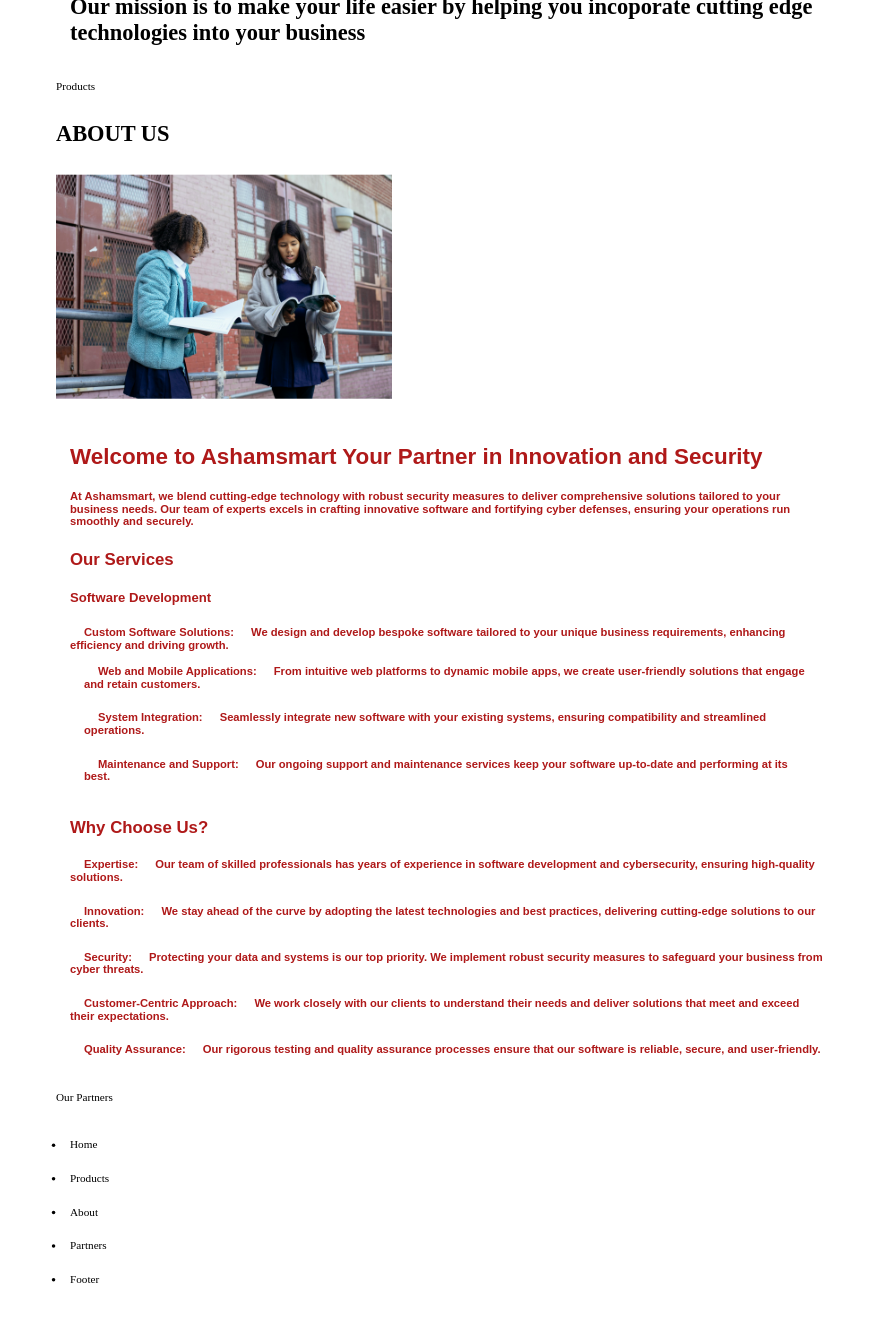
Repository: Alphosmart/firstassignment
Page: /
An editor plug-in stored every save of this project. The page is shown before and after the next save, followed by the edit.
The browser window is 1280 px wide. The pictures show the part of the page from y = 851 to 2771 px (the page is 2788 px tall before and 2922 px after), at 70% of full size.
The project was rebuilt for these pictures with package versions that can differ from the ones it lists, and the page was loaded fresh each time. Also part of the build but not shown: vite.config.js.

Above is the page before, as saved 2024-08-13 15:50:13.

### src/App.jsx
// import React from 'react'

import Navigation from './components/Navigation/Navigation';
import Products from './components/Products/Products';
import About from './components/About/About';
import Partners from './components/Partners/Partners';
import Footer from './components/Footer/Footer';
import HeroSection from './components/Herosection/HeroSection';

const App = () => {
  return (
    <>
      <Navigation />
      <HeroSection />
      <Products />
      <About />
      <Partners />
      <Footer />
    </>
  );
};

export default App;

### src/index.css
* {
  margin: 10px;
  padding: 10px;
  box-sizing: border-box;
  background-color: white;
}

.navbar {
  display: flex;
  justify-content: space-between;
  align-items: center;
  background-color: #333;
  /* padding: 10px 20px; */
}

/* Logo Styling */
.logo {
  color: white;
  font-size: 24px;
  font-weight: bold;
}

.about {
  margin: 10px;
  padding: 10px;
  color: rgb(175, 25, 25);
  font-family: Arial, Helvetica, sans-serif;
  font-size: 24;
  font-weight: bold;
}

### src/components/Navigation/Navigation.jsx
// import React from 'react'

const Navigation = () => {
  return (
    <>
      <ul className="navbar">
        <li>Home</li>
        <li>Products</li>
        <li>About</li>
        <li>Partners</li>
        <li>Footer</li>
      </ul>
    </>
  );
};

export default Navigation;

### src/components/Products/Products.jsx
// import React from 'react'

const Products = () => {
  return <div>Products</div>;
};

export default Products;

### src/components/About/About.jsx
// import React from 'react';

const About = () => {
  return (
    <>
      <h1
        style={{
          display: 'flex',
          alignItems: 'center',
          marginTop: '20px',
          padding: '10px',
        }}
      >
        ABOUT US
      </h1>

      <img
        src="/public/Image/pexels-mary-taylor-5896578.jpg"
        alt=""
        width={500}
      />
      <div className="about">
        <h1>Welcome to Ashamsmart Your Partner in Innovation and Security</h1>
        <p>
          At Ashamsmart, we blend cutting-edge technology with robust security
          measures to deliver comprehensive solutions tailored to your business
          needs. Our team of experts excels in crafting innovative software and
          fortifying cyber defenses, ensuring your operations run smoothly and
          securely.
        </p>

        <h2>Our Services</h2>
        <h3>Software Development</h3>
        <p>
          <b>Custom Software Solutions: </b>We design and develop bespoke
          software tailored to your unique business requirements, enhancing
          efficiency and driving growth.
          <p>
            <b>Web and Mobile Applications:</b> From intuitive web platforms to
            dynamic mobile apps, we create user-friendly solutions that engage
            and retain customers.
          </p>
          <p>
            <b>System Integration:</b> Seamlessly integrate new software with
            your existing systems, ensuring compatibility and streamlined
            operations.
          </p>
          <p>
            <b>Maintenance and Support:</b> Our ongoing support and maintenance
            services keep your software up-to-date and performing at its best.
          </p>
        </p>

        <h2>Why Choose Us?</h2>
        <p>
          <b>Expertise:</b> Our team of skilled professionals has years of
          experience in software development and cybersecurity, ensuring
          high-quality solutions.
        </p>
        <p>
          <b>Innovation:</b> We stay ahead of the curve by adopting the latest
          technologies and best practices, delivering cutting-edge solutions to
          our clients.
        </p>
        <p>
          <b>Security:</b> Protecting your data and systems is our top priority.
          We implement robust security measures to safeguard your business from
          cyber threats.
        </p>
        <p>
          <b>Customer-Centric Approach:</b> We work closely with our clients to
          understand their needs and deliver solutions that meet and exceed
          their expectations.
        </p>
        <p>
          <b>Quality Assurance:</b> Our rigorous testing and quality assurance
          processes ensure that our software is reliable, secure, and
          user-friendly.
        </p>
      </div>
    </>
  );
};

export default About;

### src/components/Partners/Partners.jsx
// import React from 'react';

const Partners = () => {
  return (
    <>
      <div>Our Partners</div>
    </>
  );
};

export default Partners;

### src/components/Footer/Footer.jsx
// import React from 'react'

const Footer = () => {
  return (
    <>
      <ul>
        <li>Home</li>
        <li>Products</li>
        <li>About</li>
        <li>Partners</li>
        <li>Footer</li>
      </ul>
    </>
  );
};

export default Footer;

### src/components/Herosection/HeroSection.jsx
// import React from 'react'

const HeroSection = () => {
  return (
    <>
      <div className="hero-page">
        <h1>Welcome to Ashamsmart Dynamic Concepts</h1>
        <img src="/public/Image/Plain Rgb.png" alt="" width={500} />
        <h1>
          Our mission is to make your life easier by helping you incoporate
          cutting edge technologies into your business
        </h1>
      </div>
    </>
  );
};

export default HeroSection;

Loaded but not shown: index.html (common file); src/main.jsx (common file)

After the next save:
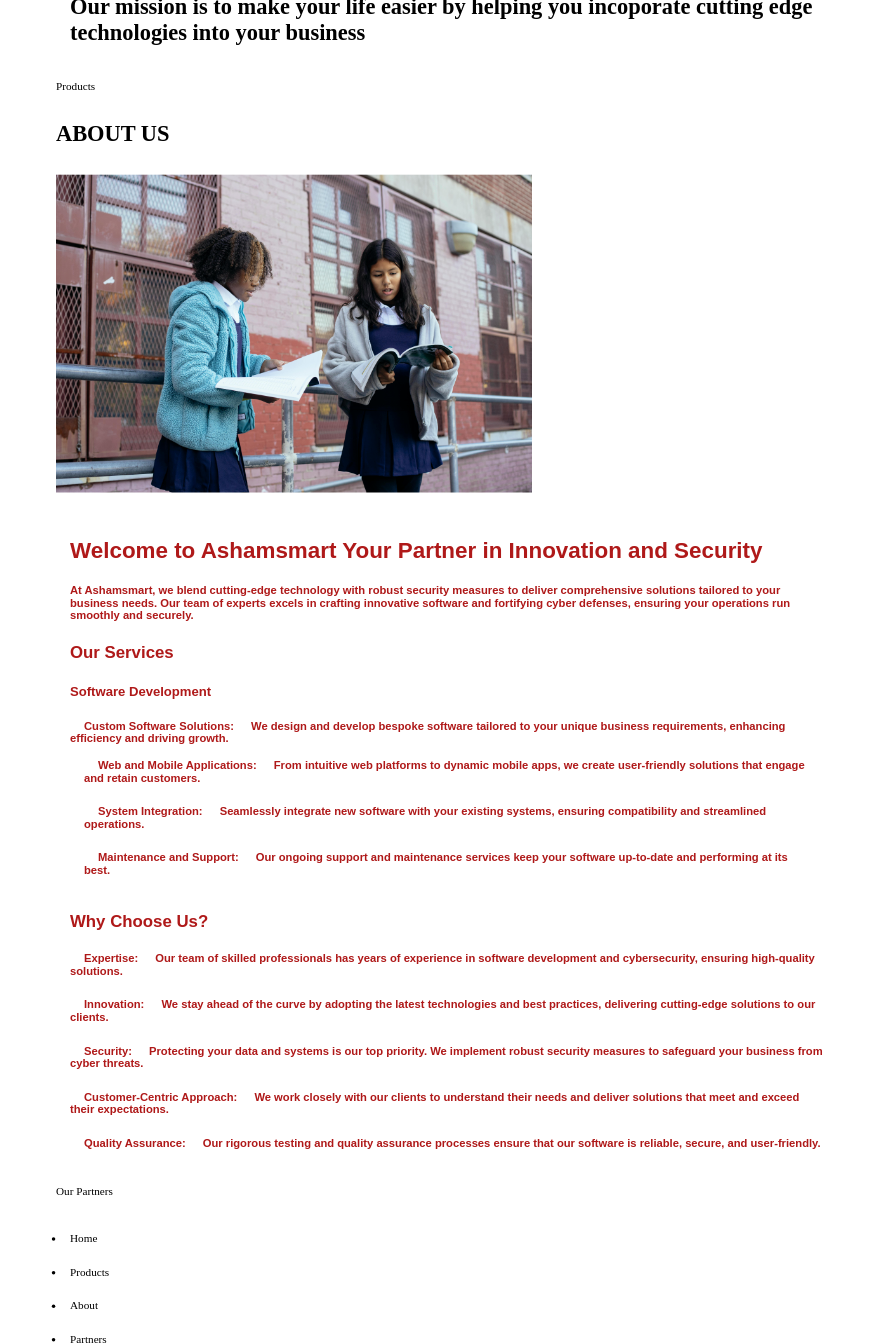
Saved 20 s later.
--- a/src/components/About/About.jsx
+++ b/src/components/About/About.jsx
@@ -17,7 +17,7 @@
       <img
         src="/public/Image/pexels-mary-taylor-5896578.jpg"
         alt=""
-        width={500}
+        width={700}
       />
       <div className="about">
         <h1>Welcome to Ashamsmart Your Partner in Innovation and Security</h1>

After the save that followed:
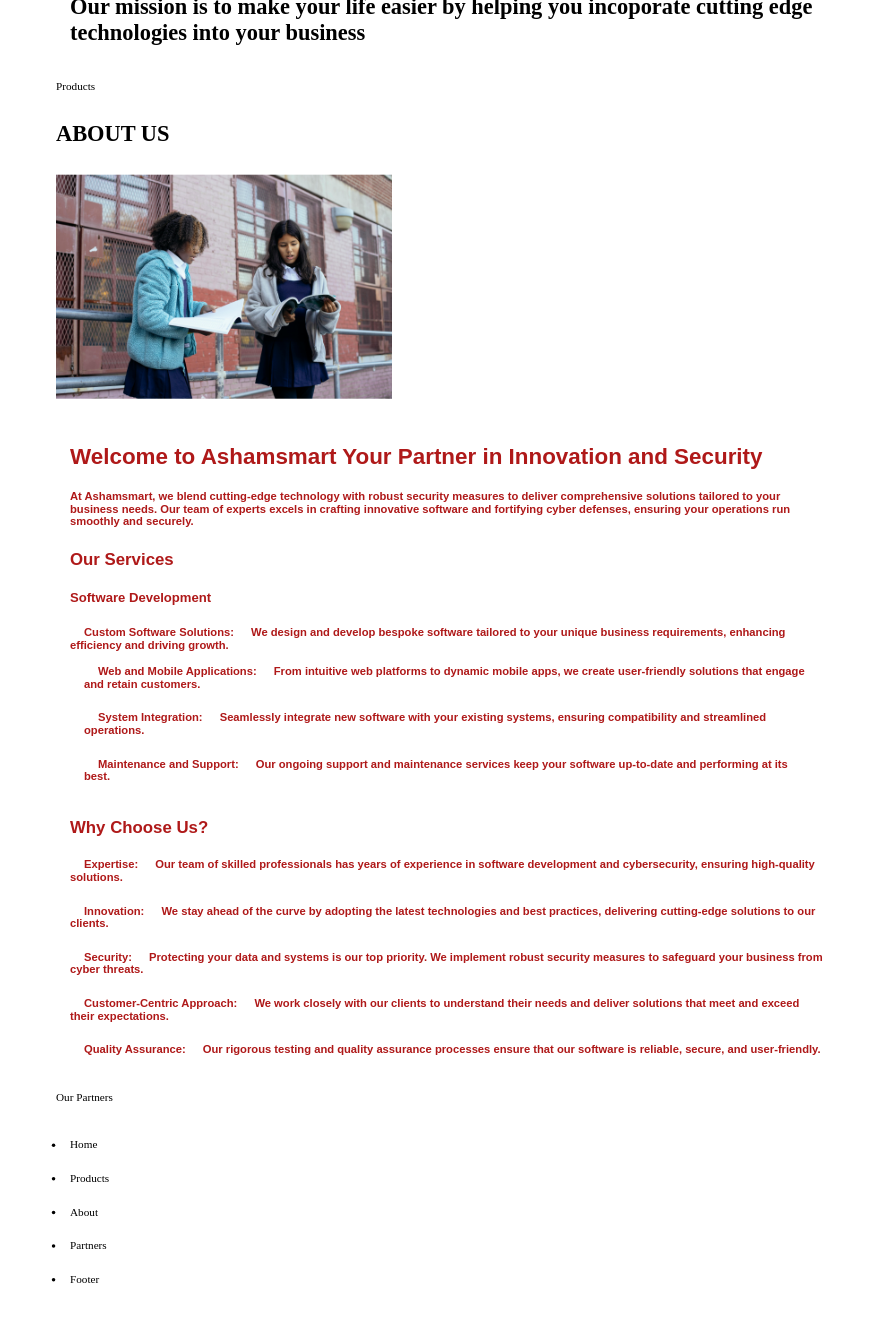
Saved 11 s later.
--- a/src/components/About/About.jsx
+++ b/src/components/About/About.jsx
@@ -17,7 +17,7 @@
       <img
         src="/public/Image/pexels-mary-taylor-5896578.jpg"
         alt=""
-        width={700}
+        width={500}
       />
       <div className="about">
         <h1>Welcome to Ashamsmart Your Partner in Innovation and Security</h1>
